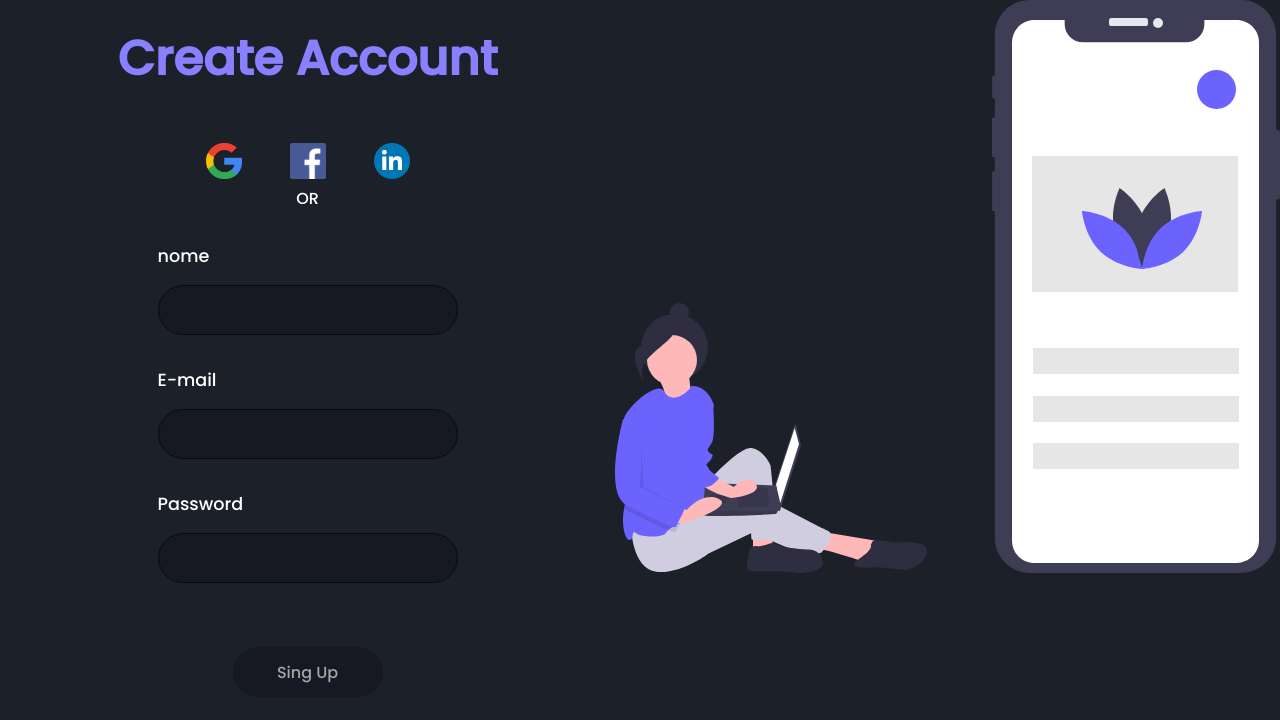
Repository: daniel-victorr/Cadastro
Page: login.html
The author's editor kept a copy of each file at every save. The page is drawn from the files as they stood at one save, then again after a run of saves.
The browser window is 1280 px wide. The pictures show the whole page.

Above is the page before, as saved 2022-02-17 16:40:13.

After the next 8 saves:
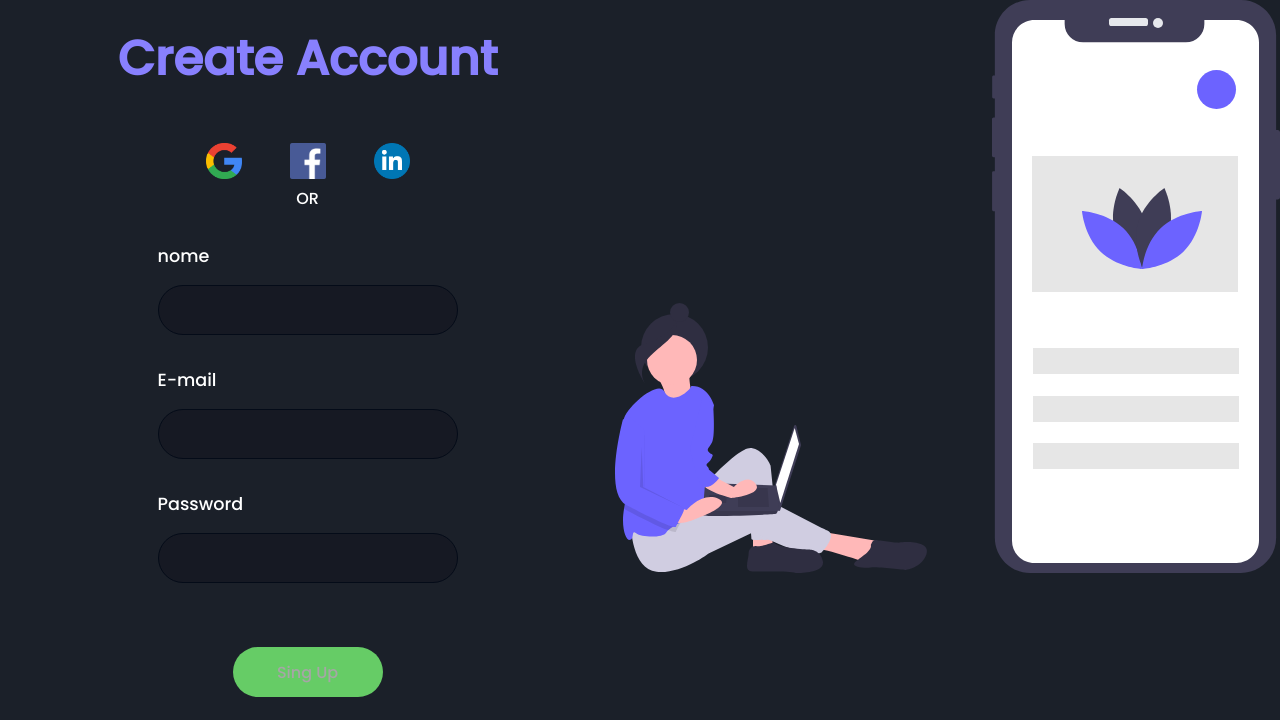
The 8 saves are shown as one change because they came seconds apart.
The last was saved 21 s later.
--- a/Cadastro.css
+++ b/Cadastro.css
@@ -85,5 +85,5 @@
     margin-top: 4rem;
     border: none;
     border-radius:32px;
-
+    background: #6C6;
 }

After the 3 saves that followed:
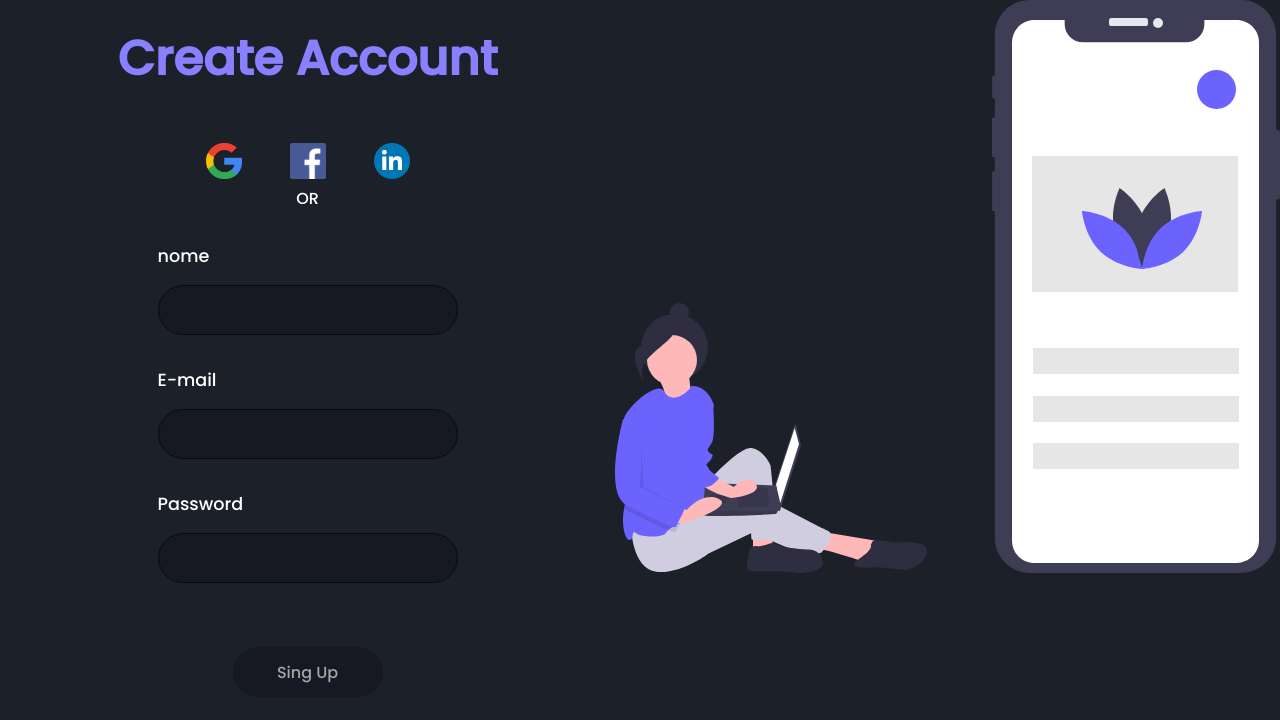
The 3 saves are shown as one change because they came seconds apart.
The last was saved 10 s later.
--- a/Cadastro.css
+++ b/Cadastro.css
@@ -85,5 +85,5 @@
     margin-top: 4rem;
     border: none;
     border-radius:32px;
-    background: #6C6;
+    background: #6C623FF;
 }
